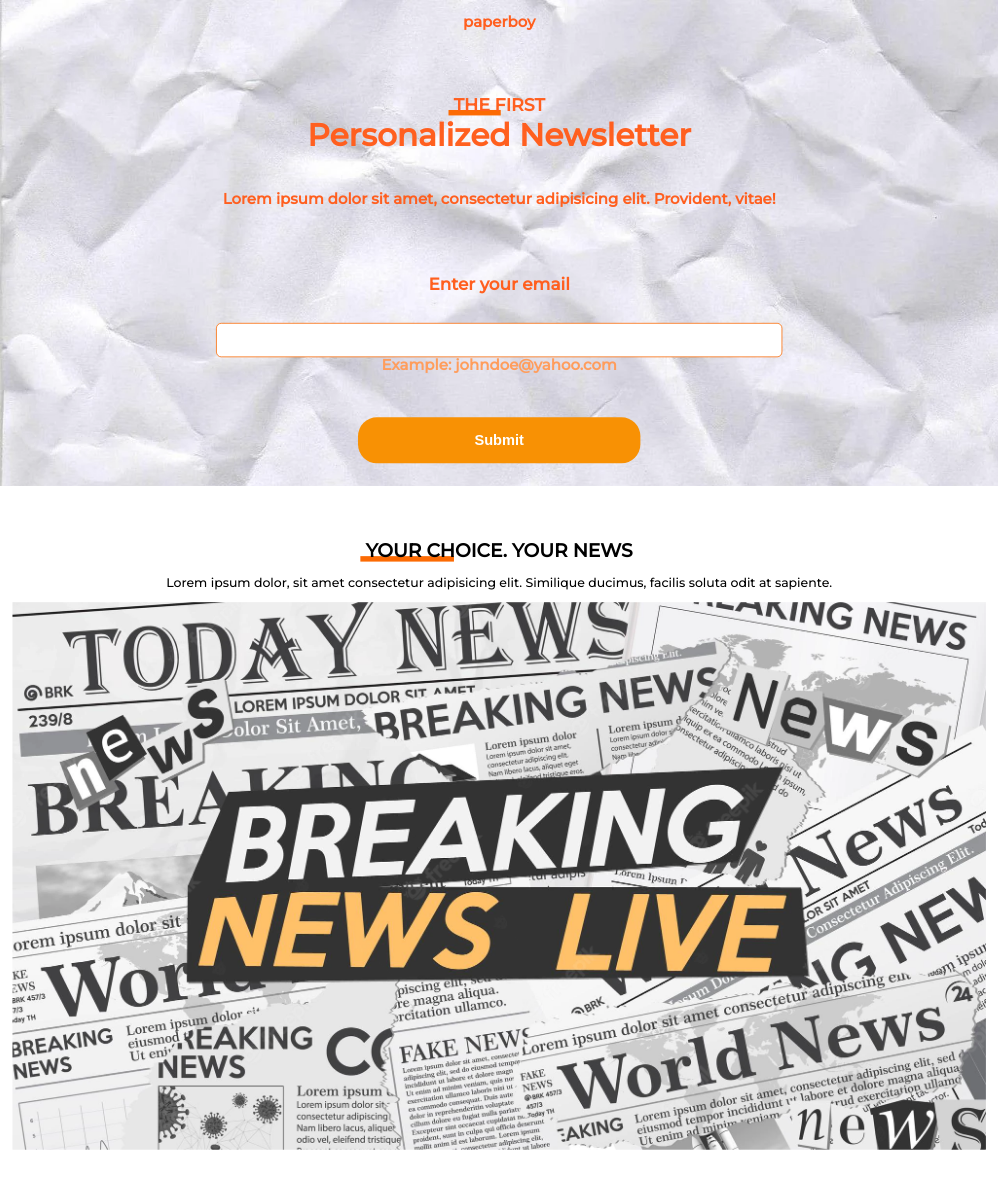
Repository: Gionnn/proiecte
Page: index.html
These files come from the project's save history. The page is drawn as it stood at one moment and after the next save; the edit follows.
The browser window is 1280 px wide. The pictures show the whole page, at 78% of full size.

Above is the page before, as saved 2022-11-28 14:35:54.

### index.html
<!DOCTYPE html>
<html lang="en">
  <head>
    <meta charset="UTF-8" />
    <meta name="viewport" content="width=device-width, initial-scale=1.0" />
    <meta http-equiv="X-UA-Compatible" content="ie=edge" />
    <link rel="stylesheet" href="css/main.css" />
    <title>Paperboy</title>
  </head>

  <body>
    <div class="hero-bg">
      <section class="top">
        <header>
          <a href="index.html">paperboy</a>
        </header>

        <h1><span>The first </span>Personalized Newsletter</h1>
        <p>
          Lorem ipsum dolor sit amet, consectetur adipisicing elit. Provident,
          vitae!
        </p>
        <div class="form-container">
          <form action="">
            <div class="form-left">
              <label for="email">Enter your email</label>
              <input type="text" name="email" id="email" />
              <p>Example: johndoe@yahoo.com</p>
            </div>
            <input type="button" value="Submit" />
          </form>
        </div>
      </section>
    </div>

    <section class="bottom">
      <div class="right-col">
        <h2>Your choice. Your news</h2>
        <p>
          Lorem ipsum dolor, sit amet consectetur adipisicing elit. Similique
          ducimus, facilis soluta odit at sapiente.
        </p>
        <img src="images/paper.jpeg" alt="Breaking News" />
      </div>
    </section>
  </body>
</html>

### css/main.css
@import url("https://fonts.googleapis.com/css2?family=Montserrat:wght@500&display=swap");

body {
  font-family: "Montserrat", sans-serif;
  margin: 0;
}

.hero-bg {
  background: url("../images/background.jpeg");
  color: #ff5f1f;
  text-align: center;
}

header {
  padding-top: 1em;
}
.hero-bg a {
  color: #ff5f1f;
  text-decoration: none;
  font-weight: bold;
  font-size: 1.2rem;
}

section {
  margin: 0 1em;
}

h1 {
  font-size: 2.5rem;
  margin: 2em 0 1.2em;
}

h1 span {
  text-transform: uppercase;
  display: block;
  font-size: 1.4rem;
  position: relative;
  z-index: 1;
}
h1 span::before {
  content: " ";
  position: absolute;
  width: 3em;
  background: #fc6a03;
  height: 0.3em;
  bottom: 0;
  z-index: -1;
  margin-left: -0.3em;
}
.hero-bg p {
  font-weight: bold;
  margin: 0 1em 3em;
  font-size: 1.2rem;
}
.form-container {
  margin: 2em -1em 0;
  padding: 2em;
}
label {
  color: #ff5f1f;
  font-weight: bold;
  display: block;
  margin-bottom: 1em;
  font-size: 1.5em;
}
input[type="text"] {
  border: 1px solid #fc6a03;
  width: 60%;
  padding: 1em;
  box-sizing: border-box;
  border-radius: 0.5em;
  margin-top: 1.2em;
}
.form-container {
  color: #ff9d5c;
  margin-bottom: 1.5em;
  font-weight: normal;
  font-size: 0.9em;
  margin-top: 0.3em;
}
input[type="button"] {
  background-color: #f89104;
  border: none;
  width: 30%;
  color: white;
  font-weight: bold;
  padding: 1em 0;
  border-radius: 1.3em;
  font-size: 1.3em;
  cursor: pointer;
}

input[type="button"]:hover {
  background-color: #c47508;
}

.bottom {
  margin: 0;
}

.right-col {
  text-align: center;
  margin: 3em 1em;
}

h2 {
  text-transform: uppercase;
  position: relative;
}

h2::before {
  content: " ";
  position: absolute;
  width: 5em;
  background: #fc6a03;
  height: 0.3em;
  bottom: 0;
  z-index: -1;
  margin-left: -0.3em;
}

img {
  width: 100%;
}

p {
  line-height: 1em;
}

@media (min-width: 730px) {
  section {
    margin: 0 4em;
  }
  .form-container {
    margin: 2em -4em 0;
  }
}

@media (min-width: 930px) {
  .bottom {
    display: grid;
    grid-template-columns: repeat(2);
  }
}

After the next save:
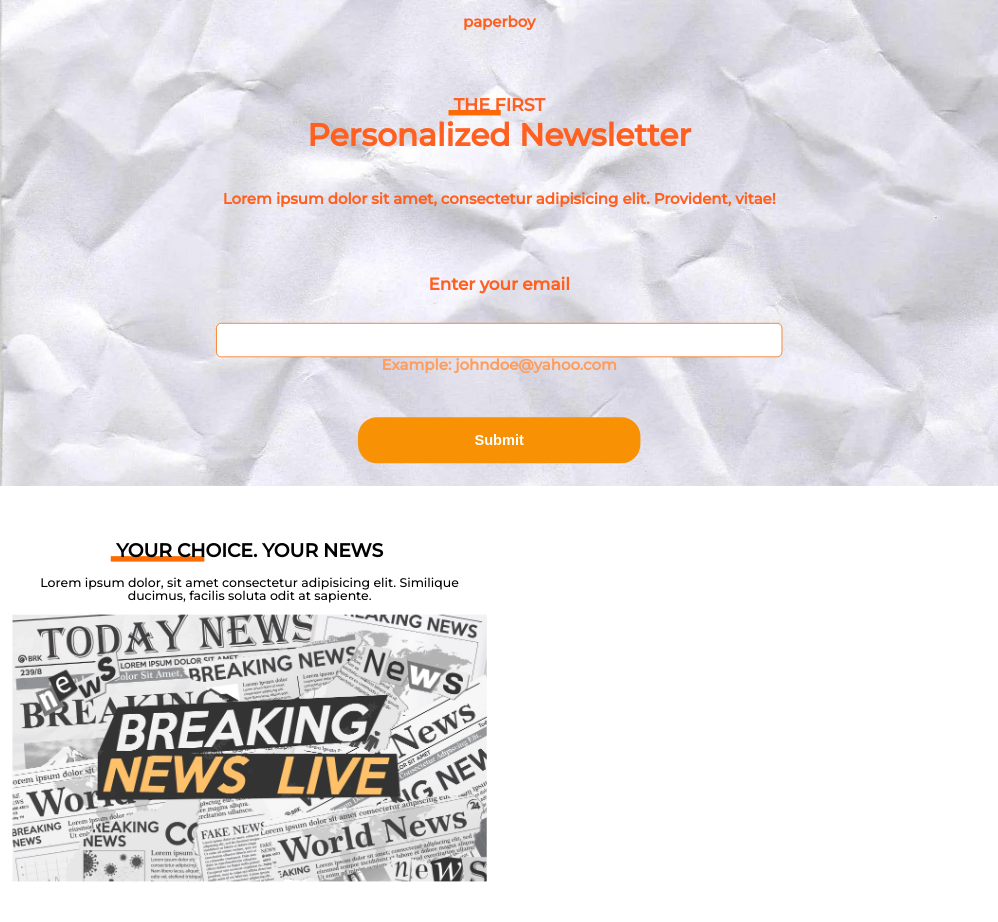
Saved 12 s later.
--- a/css/main.css
+++ b/css/main.css
@@ -139,6 +139,6 @@ p {
 @media (min-width: 930px) {
   .bottom {
     display: grid;
-    grid-template-columns: repeat(2);
+    grid-template-columns: repeat(2, 50%);
   }
 }
